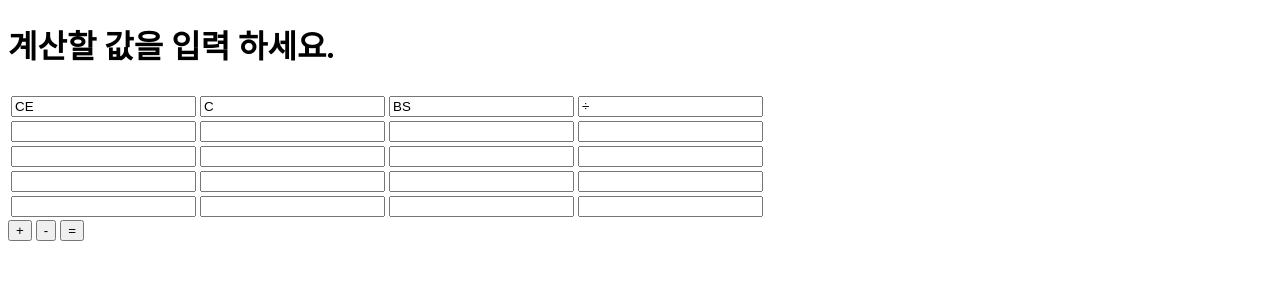
Repository: Realhyeonwoo/study-jsp
Page: JSPPrj/WebContent/calc3.html
The author's editor kept a copy of each file at every save. The page is drawn from the files as they stood at one save, then again after the next save.
The browser window is 1280 px wide. The pictures show the whole page.

Above is the page before, as saved 2020-04-16 06:29:24.

### JSPPrj/WebContent/calc3.html
<!DOCTYPE html>
<html>
<head>
<meta charset="UTF-8">
<title>Insert title here</title>
</head>
<body>
	<h1>계산할 값을 입력 하세요.</h1>
	<form action="calc2" method="post">
		<table>
			<tr>
				<td></td>
			</tr>
			<tr>
				<td><input type="" name="" value="CE"/></td>
				<td><input type="" name="" value="C"/></td>
				<td><input type="" name="" value="BS"/></td>
				<td><input type="" name="" value="÷"/></td>
			</tr>
			<tr>
				<td><input type="" name="" value=""/></td>
				<td><input type="" name="" value=""/></td>
				<td><input type="" name="" value=""/></td>
				<td><input type="" name="" value=""/></td>
			</tr>
			<tr>
				<td><input type="" name="" value=""/></td>
				<td><input type="" name="" value=""/></td>
				<td><input type="" name="" value=""/></td>
				<td><input type="" name="" value=""/></td>
			</tr>
			<tr>
				<td><input type="" name="" value=""/></td>
				<td><input type="" name="" value=""/></td>
				<td><input type="" name="" value=""/></td>
				<td><input type="" name="" value=""/></td>
			</tr>
			<tr>
				<td><input type="" name="" value=""/></td>
				<td><input type="" name="" value=""/></td>
				<td><input type="" name="" value=""/></td>
				<td><input type="" name="" value=""/></td>
			</tr>
		</table>
		<div>
			<input type="submit" name="operator" value="+" />
			<input type="submit" name="operator" value="-" />
			<input type="submit" name="operator" value="=" />
		</div>
	</form>
</body>
</html>

After the next save:
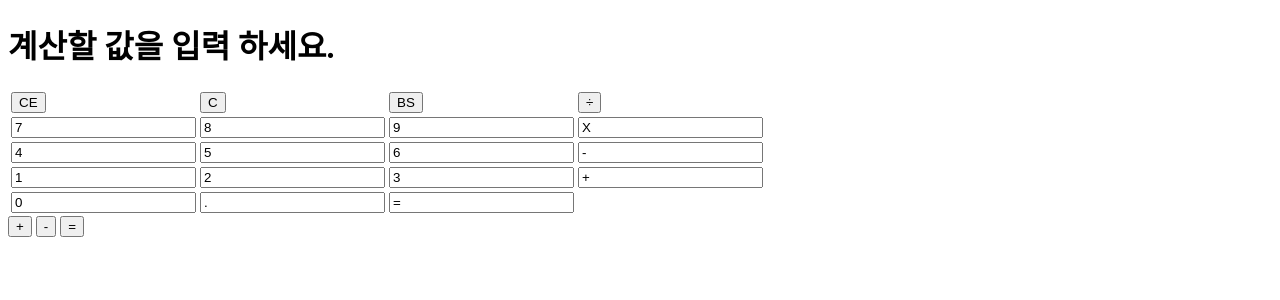
Saved 105 s later.
--- a/JSPPrj/WebContent/calc3.html
+++ b/JSPPrj/WebContent/calc3.html
@@ -8,38 +8,35 @@
 	<h1>계산할 값을 입력 하세요.</h1>
 	<form action="calc2" method="post">
 		<table>
+
 			<tr>
-				<td></td>
+				<td><input type="submit" name="operator" value="CE"/></td>
+				<td><input type="submit" name="operator" value="C"/></td>
+				<td><input type="submit" name="operator" value="BS"/></td>
+				<td><input type="submit" name="operator" value="÷"/></td>
 			</tr>
 			<tr>
-				<td><input type="" name="" value="CE"/></td>
-				<td><input type="" name="" value="C"/></td>
-				<td><input type="" name="" value="BS"/></td>
-				<td><input type="" name="" value="÷"/></td>
+				<td><input type="" name="" value="7"/></td>
+				<td><input type="" name="" value="8"/></td>
+				<td><input type="" name="" value="9"/></td>
+				<td><input type="" name="" value="X"/></td>
 			</tr>
 			<tr>
-				<td><input type="" name="" value=""/></td>
-				<td><input type="" name="" value=""/></td>
-				<td><input type="" name="" value=""/></td>
-				<td><input type="" name="" value=""/></td>
+				<td><input type="" name="" value="4"/></td>
+				<td><input type="" name="" value="5"/></td>
+				<td><input type="" name="" value="6"/></td>
+				<td><input type="" name="" value="-"/></td>
 			</tr>
 			<tr>
-				<td><input type="" name="" value=""/></td>
-				<td><input type="" name="" value=""/></td>
-				<td><input type="" name="" value=""/></td>
-				<td><input type="" name="" value=""/></td>
+				<td><input type="" name="" value="1"/></td>
+				<td><input type="" name="" value="2"/></td>
+				<td><input type="" name="" value="3"/></td>
+				<td><input type="" name="" value="+"/></td>
 			</tr>
 			<tr>
-				<td><input type="" name="" value=""/></td>
-				<td><input type="" name="" value=""/></td>
-				<td><input type="" name="" value=""/></td>
-				<td><input type="" name="" value=""/></td>
-			</tr>
-			<tr>
-				<td><input type="" name="" value=""/></td>
-				<td><input type="" name="" value=""/></td>
-				<td><input type="" name="" value=""/></td>
-				<td><input type="" name="" value=""/></td>
+				<td><input type="" name="" value="0"/></td>
+				<td><input type="" name="" value="."/></td>
+				<td><input type="" name="" value="="/></td>
 			</tr>
 		</table>
 		<div>
